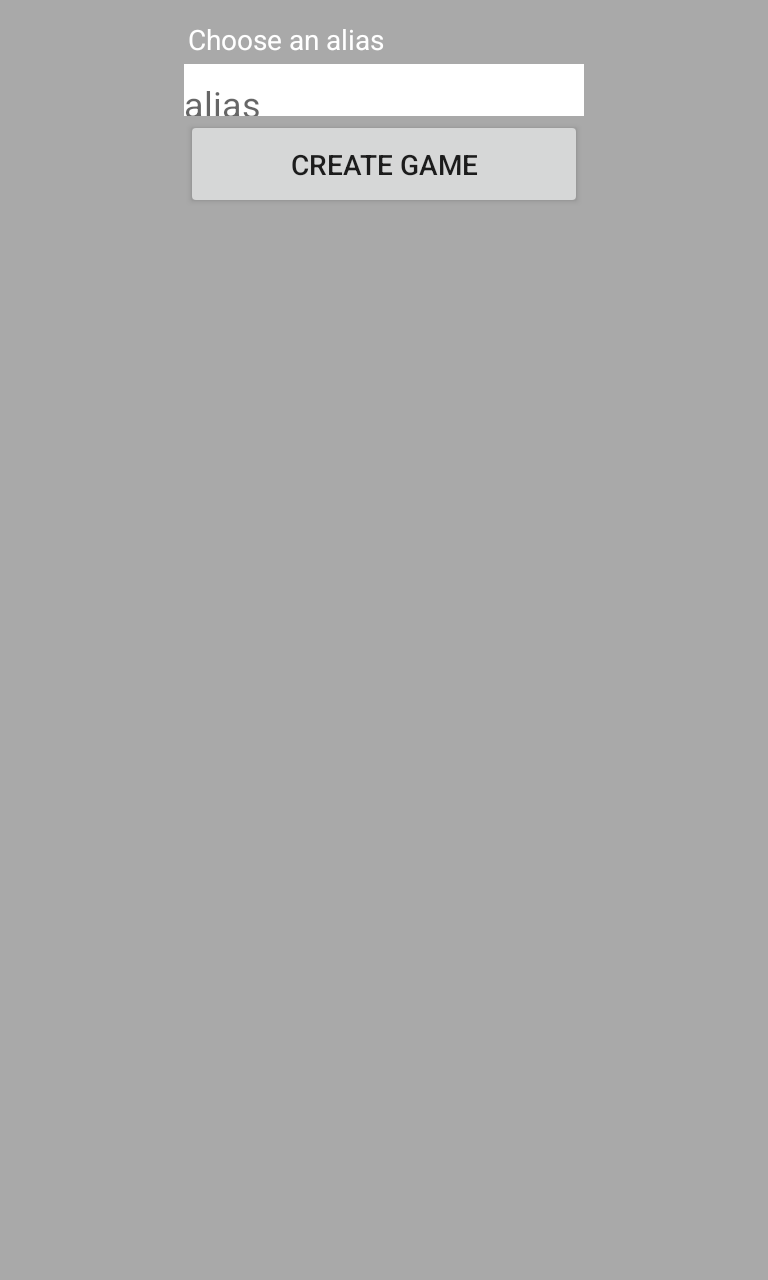
Repository: Hannanina/GuessTag
Layout: GuessTag/res/layout/user_name_popup.xml
An editor plug-in stored every save of this project. The layout is shown before and after the next save, followed by the edit.
It is drawn on a 768 x 1280 px phone screen (xhdpi) without system bars, with theme AppTheme; the app's code is not run.

Above is the layout before, as saved 2014-12-11 13:10:18.

After the next save:
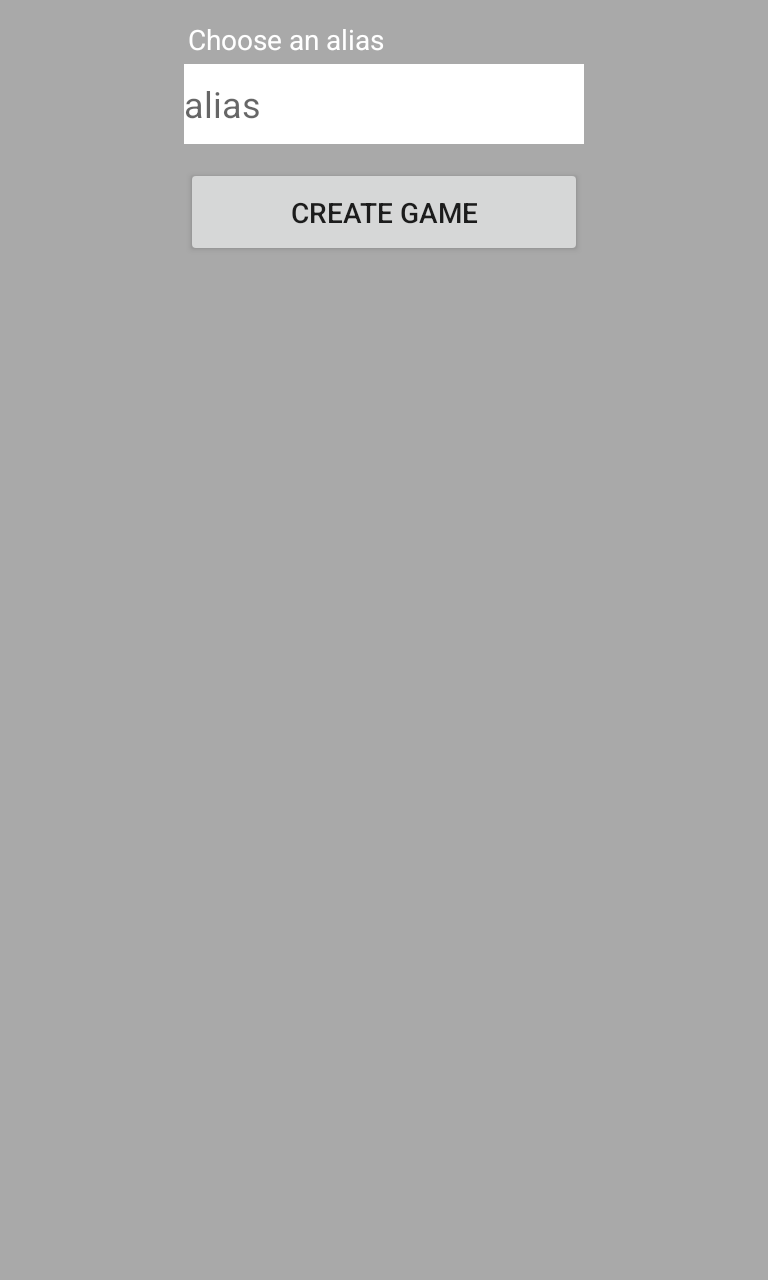
Saved 27 s later.
--- a/GuessTag/res/layout/user_name_popup.xml
+++ b/GuessTag/res/layout/user_name_popup.xml
@@ -10,7 +10,7 @@
         android:id="@+id/popup_container"
         android:orientation="vertical"
         android:layout_width="200dp"
-        android:layout_height="48dp"
+        android:layout_height="72dp"
         android:layout_gravity="center" >
    		<TextView
         	android:id="@+id/choose_an_alias"
